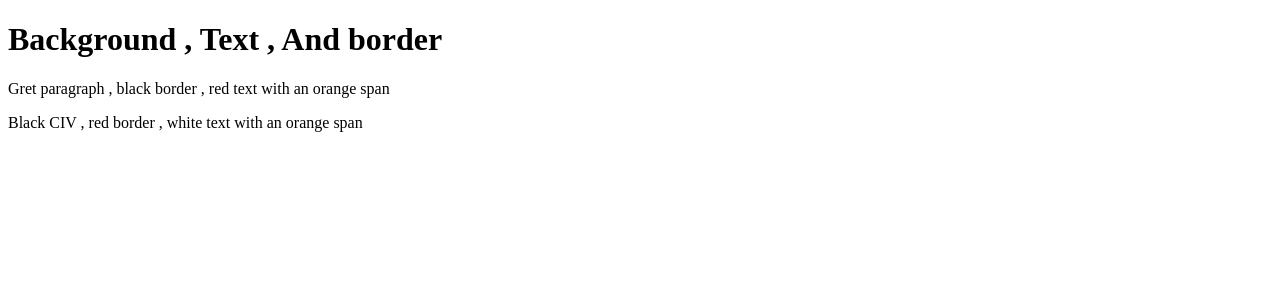
Repository: SnakeXrnt/pythonfile
Page: plusclass/2022/00_html/11_more_colors.html
The author's editor kept a copy of each file at every save. The page is drawn from the files as they stood at one save, then again after a run of saves.
The browser window is 1280 px wide. The pictures show the whole page.

Above is the page before, as saved 2022-02-10 18:16:17.

### plusclass/2022/00_html/11_more_colors.html
<!DOCTYPE html>
<html lang="en">
<head>
    <meta charset="UTF-8">
    <meta http-equiv="X-UA-Compatible" content="IE=edge">
    <meta name="viewport" content="width=device-width, initial-scale=1.0">
    <title>More Color</title>
    <style type="text/css">

    </style>
</head>
<body>
    <h1>Background , Text , And border</h1>

    <p id="uglyparagraph">
        Gret paragraph , black border , red text with an <span>orange</span> span
    </p>

    <div class="uglydiv">
        Black CIV , red border , white text with an <span>orange</span> span
    </div>

    <table>
        <body>
            <tf>
                <td class="greencell"></td>
            </tf>
        </body>
    </table>
</body>
</html>

After the next 5 saves:
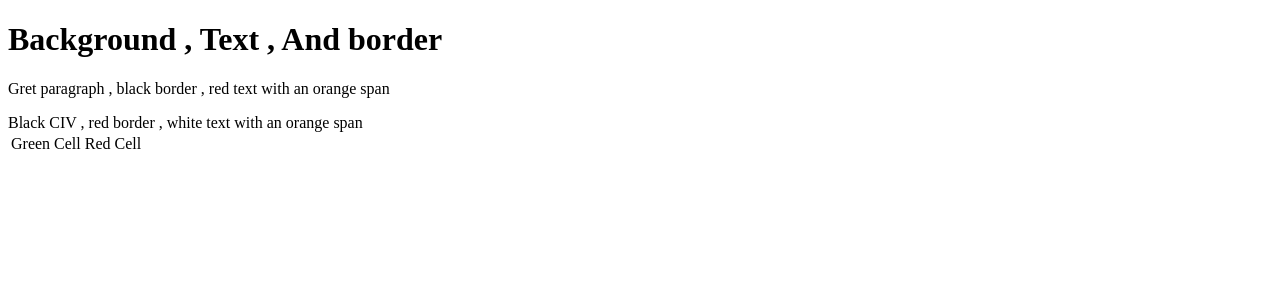
The 5 saves are shown as one change because they came seconds apart.
The last was saved 11 s later.
--- a/plusclass/2022/00_html/11_more_colors.html
+++ b/plusclass/2022/00_html/11_more_colors.html
@@ -23,7 +23,8 @@
     <table>
         <body>
             <tf>
-                <td class="greencell"></td>
+                <td class="greencell">Green Cell</td>
+                <td class="redcell">Red Cell</td>
             </tf>
         </body>
     </table>
